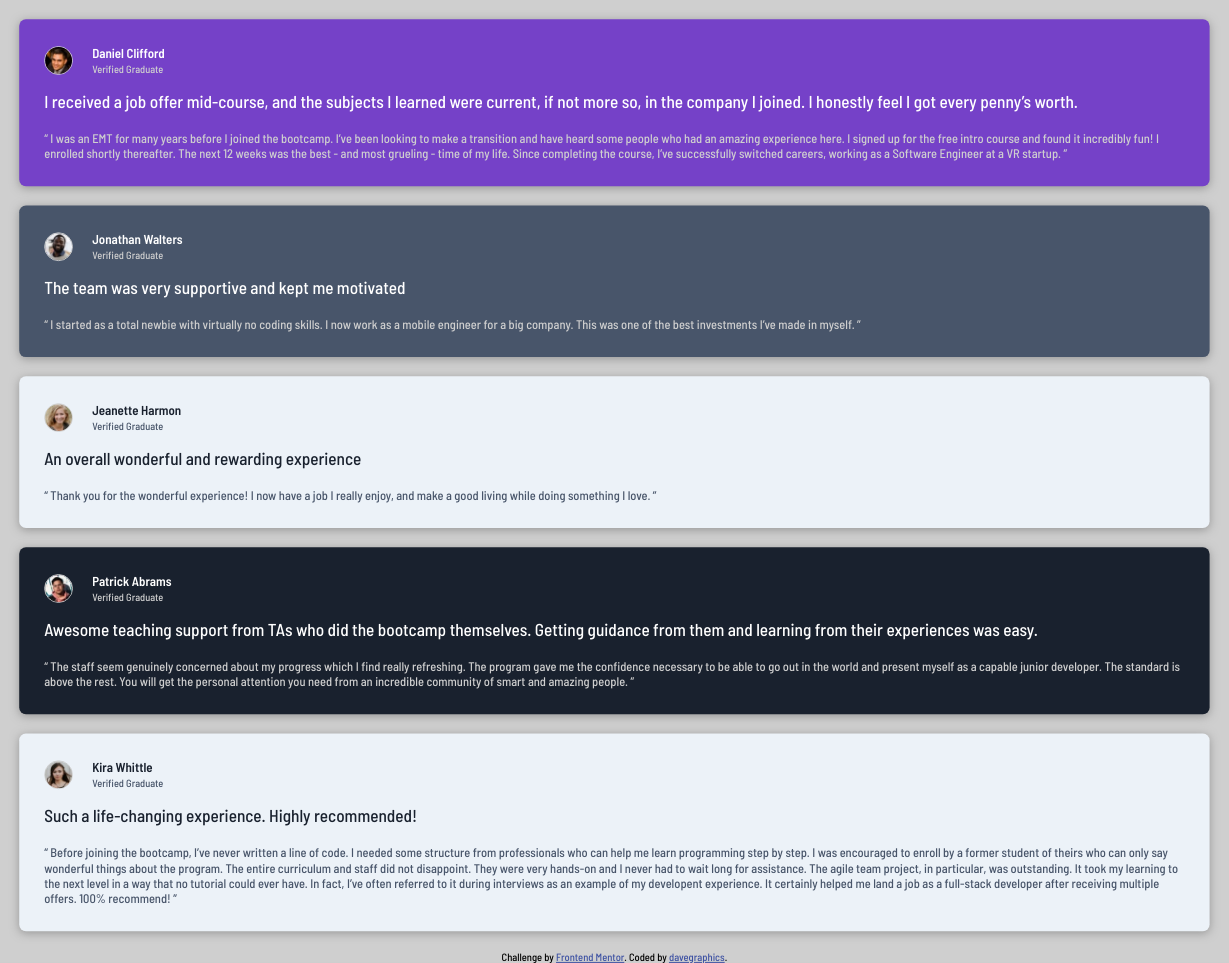
Repository: DejV44/testimonials_grid_section_main
Page: index.html
These files come from the project's save history. The page is drawn as it stood at one moment and after the next save; the edit follows.
The browser window is 1280 px wide. The pictures show the whole page, at 96% of full size.
The style sheet was rebuilt from its Sass, Less or Tailwind sources for each picture, by a compiler version that may differ from the author's.

Above is the page before, as saved 2021-07-15 19:28:32.

### index.html
<!DOCTYPE html>
<html lang="en">

<head>
  <meta charset="UTF-8">
  <meta name="viewport" content="width=device-width, initial-scale=1.0">
  <link rel="stylesheet" href="css/style.css">
  <link rel="icon" type="image/png" sizes="32x32" href="./images/favicon-32x32.png">
  <title>Frontend Mentor | Testimonials grid section</title>
</head>

<body>
  <div class="container">
    <div class="cards violet">
      <div class="image">
        <img src="./images/image-daniel.jpg" alt="image-daniel">
        <div>
          <h4>Daniel Clifford</h4>
          <small>Verified Graduate</small>
        </div>
      </div>
      <p>I received a job offer mid-course, and the subjects I learned were current, if not more so,
        in the company I joined. I honestly feel I got every penny’s worth.</p>
      <blockquote>“ I was an EMT for many years before I joined the bootcamp. I’ve been looking to make a
        transition and have heard some people who had an amazing experience here. I signed up
        for the free intro course and found it incredibly fun! I enrolled shortly thereafter.
        The next 12 weeks was the best - and most grueling - time of my life. Since completing
        the course, I’ve successfully switched careers, working as a Software Engineer at a VR startup. ”</blockquote>
    </div>
    <div class="cards darkgray">
      <div class="image">
        <img src="./images/image-jonathan.jpg" alt="image-jonathan">
        <div>
          <h4>Jonathan Walters</h4>
          <small>Verified Graduate</small>
        </div>
      </div>
      <p>The team was very supportive and kept me motivated</p>
      <blockquote>“ I started as a total newbie with virtually no coding skills. I now work as a mobile engineer
        for a big company. This was one of the best investments I’ve made in myself. ”</blockquote>
    </div>
    <div class="cards lgblue">
      <div class="image">
        <img src="./images/image-jeanette.jpg" alt="image-jeanette">
        <div>
          <h4>Jeanette Harmon</h4>
          <small>Verified Graduate</small>
        </div>
      </div>
      <p>An overall wonderful and rewarding experience</p>
      <blockquote>“ Thank you for the wonderful experience! I now have a job I really enjoy, and make a good living
        while doing something I love. ”</blockquote>
    </div>
    <div class="cards dbblue">
      <div class="image">
        <img src="./images/image-patrick.jpg" alt="image-patrick">
        <div>
          <h4>Patrick Abrams</h4>
          <small>Verified Graduate</small>
        </div>
      </div>
      <p>Awesome teaching support from TAs who did the bootcamp themselves. Getting guidance from them and
        learning from their experiences was easy.</p>
      <blockquote>“ The staff seem genuinely concerned about my progress which I find really refreshing. The program
        gave me the confidence necessary to be able to go out in the world and present myself as a capable
        junior developer. The standard is above the rest. You will get the personal attention you need from
        an incredible community of smart and amazing people. ”</blockquote>
    </div>
    <div class="cards lgblue">
      <div class="image">
        <img src="./images/image-kira.jpg" alt="image-kira">
        <div>
          <h4>Kira Whittle</h4>
          <small>Verified Graduate</small>
        </div>
      </div>
      <p>Such a life-changing experience. Highly recommended!</p>
      <blockquote>“ Before joining the bootcamp, I’ve never written a line of code. I needed some structure from
        professionals who can help me learn programming step by step. I was encouraged to enroll by a former
        student of theirs who can only say wonderful things about the program. The entire curriculum and staff
        did not disappoint. They were very hands-on and I never had to wait long for assistance. The agile team
        project, in particular, was outstanding. It took my learning to the next level in a way that no tutorial
        could ever have. In fact, I’ve often referred to it during interviews as an example of my developent
        experience. It certainly helped me land a job as a full-stack developer after receiving multiple offers.
        100% recommend! ”</blockquote>
    </div>
  </div>
  <div class="attribution">
    Challenge by <a href="https://www.frontendmentor.io?ref=challenge" target="_blank">Frontend Mentor</a>.
    Coded by <a href="#">davegraphics</a>.
  </div>
</body>

</html>

### css/style.scss
@import url('https://fonts.googleapis.com/css2?family=Barlow+Semi+Condensed:wght@500;600&display=swap');

$ModerateViolet: hsl(263, 55%, 52%);
$VeryDarkGrayishBlue: hsl(217, 19%, 35%);
$VeryDarkBlackishBlue: hsl(219, 29%, 14%);
$White: hsl(0, 0%, 100%);
$LightGray: hsl(0, 0%, 81%);
$LightGrayishBlue: hsl(210, 46%, 95%);

* {
    margin: 0;
    padding: 0;
    box-sizing: border-box;
}

body {
    font-size: 13px;
    font-family: 'Barlow Semi Condensed', sans-serif;
    background-color: $LightGray;


    .container {
        display: grid;
        grid-template-columns: 1fr;
        margin: 20px;
        gap: 20px;
        .cards {

            padding: 2em;
            border-radius: 7px;
            box-shadow: rgba(128, 128, 128, 0.712) 0px 2px 10px;

            &.violet {
                background-color: $ModerateViolet;
            }

            &.darkgray {
                background-color: $VeryDarkGrayishBlue;
            }

            &.lgblue {
                background-color: $LightGrayishBlue;
                p {
                    color: $VeryDarkBlackishBlue;
                }
                blockquote {
                    color: $VeryDarkGrayishBlue;
                }
                .image {
                    h4 {
                        color: $VeryDarkBlackishBlue;
                    }
                    small {
                        color: $VeryDarkGrayishBlue;
                    }
                }
            }
            &.dbblue {
                background-color: $VeryDarkBlackishBlue;
            }


            .image {
                display: flex;
                margin-bottom: 15px;
                align-items: center;

                img {
                    border-radius: 50%;
                    width: 30px;
                    height: 30px;
                    margin-right: 20px;
                    border: 1px solid $LightGray;
                }

                h4 {
                    color: $White;
                    font-size: 13.5px;

                }

                small {
                    color: $LightGray;
                }
            }

            blockquote {
                color: $LightGray;
                padding-top: 20px;
            }
            p {
                color: $White;
                font-size: 18px;
            }
        }

    }

@media (min-width: 640px) {
    body {
        .container {
        display: grid;
        grid-template-columns: repeat(4, 1fr);
        grid-template-rows: 1fr 1fr;
        margin: 20px;
        gap: 20px;
        }
    }
}

.attribution { font-size: 11px; text-align: center; }
.attribution a { color: hsl(228, 45%, 44%); }

}

After the next save:
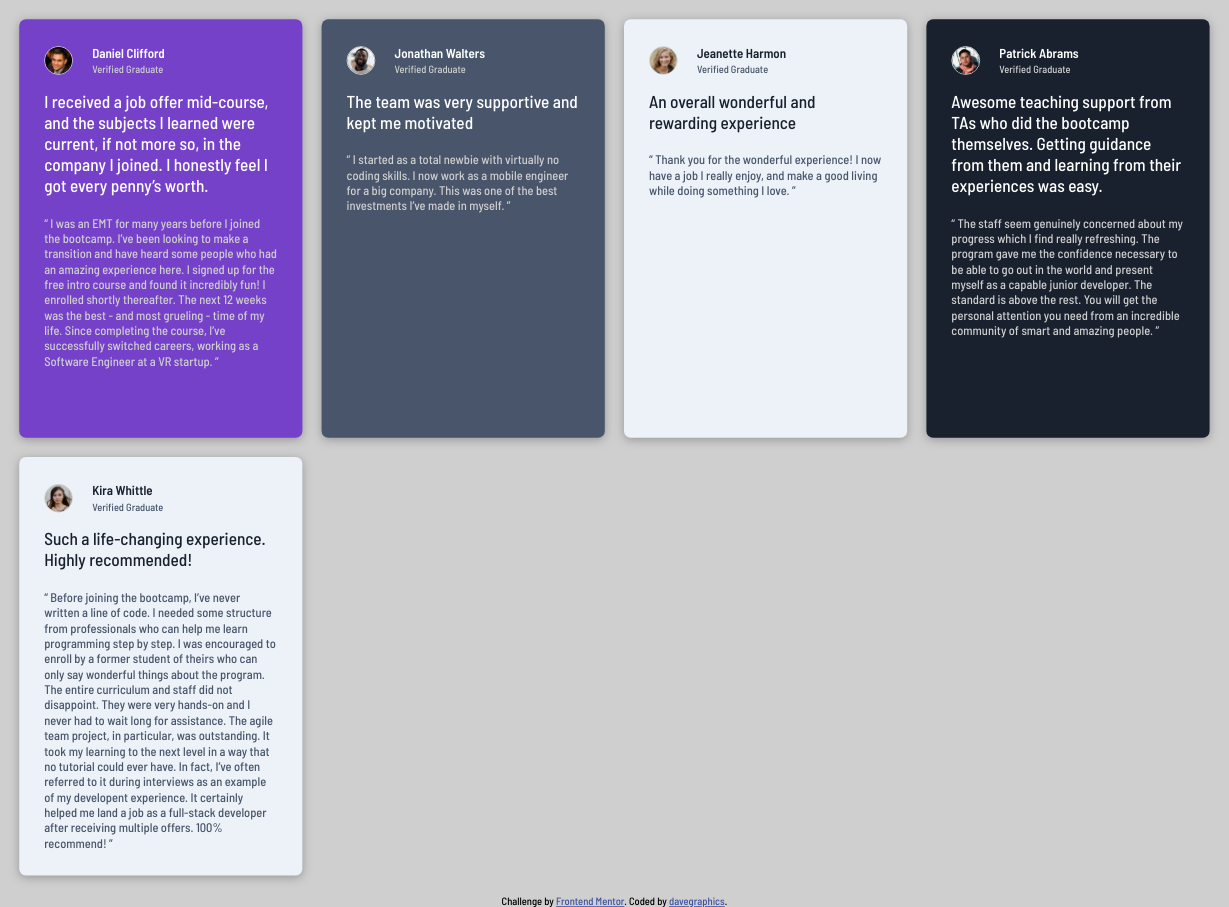
Saved 87 s later.
--- a/css/style.scss
+++ b/css/style.scss
@@ -97,15 +97,15 @@ body {
     }
 
 @media (min-width: 640px) {
-    body {
-        .container {
+
+    .container {
         display: grid;
         grid-template-columns: repeat(4, 1fr);
         grid-template-rows: 1fr 1fr;
         margin: 20px;
         gap: 20px;
-        }
     }
+
 }
 
 .attribution { font-size: 11px; text-align: center; }
